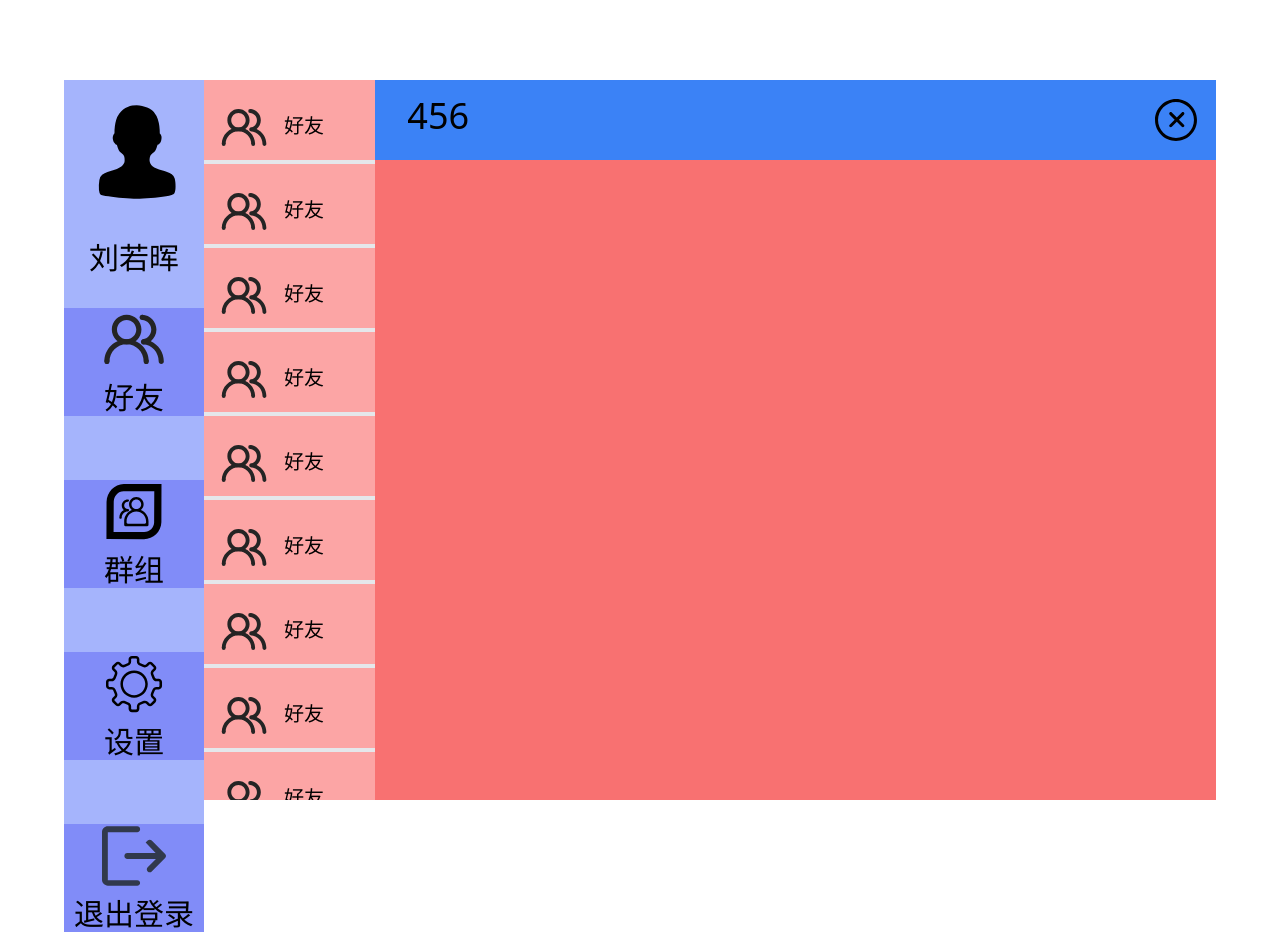
Repository: LiuRuohui/test_the_tailwindcss
Page: /
An editor plug-in stored every save of this project. The page is shown before and after the next save, followed by the edit.
The browser window is 1280 px wide. The pictures show the whole page.
The project was rebuilt for these pictures with package versions that can differ from the ones it lists, and the page was loaded fresh each time. Also part of the build but not shown: vite.config.js, src/components/WelcomingPage.vue, src/components/RegisterPage.vue, src/components/LoginPage.vue, src/components/ForgetPasswd.vue, src/components/HelloWorld.vue, src/components/UpdateInformation.vue, src/components/ShowInformation.vue.

Above is the page before, as saved 2022-03-14 20:50:32.

### src/App.vue
<script setup>
import WelcomingPage from "./components/WelcomingPage.vue"
import RegisterPage from "./components/RegisterPage.vue"
import LoginPage from "./components/LoginPage.vue";
import ForgetPasswd from "./components/ForgetPasswd.vue";
import HelloWorld from "./components/HelloWorld.vue";
import UpdateInformation from "./components/UpdateInformation.vue";
import ShowInformation from "./components/ShowInformation.vue";
import MainPage from "./components/MainPage.vue";
</script>

<template>
<!--<WelcomingPage class="page"></WelcomingPage>
<RegisterPage class="page"></RegisterPage>
<LoginPage class="page"></LoginPage>
<ForgetPasswd class="page"></ForgetPasswd>
<UpdateInformation class="page"></UpdateInformation>
<ShowInformation class="page"></ShowInformation> -->
<MainPage class="page"></MainPage>

</template>

<style>
.page{
    height: 100vh;
    background-color:hsla(190, 100%, 95%, 0.5)
}
</style>

### src/index.css
@tailwind base;
@tailwind components;
.inputFrame {
    @apply appearance-none rounded-none relative block w-full px-3 py-2 border border-gray-300 placeholder-gray-500 text-gray-900
}

.inputFrame:focus {
    @apply outline-none border-indigo-500 z-10 inline-block px-5 py-3 rounded-lg shadow-lg
}

.btn {
    @apply relative flex w-full justify-center py-2 border border-transparent font-medium rounded-md text-white bg-indigo-500
}

.btn:hover {
    @apply bg-indigo-700
}

.btn:focus {
    @apply outline-none ring-2 ring-offset-2 ring-indigo-400
}

@tailwind utilities;
@layer components {
    .card {
        background-color: theme('colors.blue.500');
        border-radius: theme('borderRadius.lg');
        padding: theme('spacing.6');
        box-shadow: theme('boxShadow.xl');
    }
    /* ... */
}

### src/components/MainPage.vue
<template>
<div class="flex flex-row sm:mx-16 sm:my-20 sm:text-xl bg-indigo-300">
    <div class="sm:basis-36 ">
        <div class="grid grid-rows-3 sm:gap-6 gap-3">
            <div class="row-span-2">
                <img src="../assets/用户.svg" alt="" class="mt-2 sm:mt-4 sm:h-28 w-2/3 mx-auto">
            </div>
            <div class="sm:text-3xl text-center m-auto">{{nickname}}</div>
            <div class="grid grid-rows-4 gap-16 bg-indigo-300">
                <div class="bg-indigo-400" @click="gotoFriends">
                    <img src="../assets/好友.svg" alt="好友" class="h-16 m-auto">
                    <p class="sm:text-3xl text-xl text-center mt-2">好友</p>
                </div>
                <div class="bg-indigo-400" @click="gotoGroups">
                    <img src="../assets/群组.svg" alt="群组" class="h-16 m-auto">
                    <p class="sm:text-3xl text-xl text-center mt-2">群组</p>
                </div>
                <div class="bg-indigo-400" @click="settings">
                    <img src="../assets/设置.svg" alt="设置" class="h-16 m-auto">
                    <p class="sm:text-3xl text-xl text-center mt-2">设置</p>
                </div>
                <div class="bg-indigo-400" @click="Logout">
                    <img src="../assets/退出.svg" alt="退出" class="h-16 m-auto">
                    <p class="sm:text-3xl text-xl text-center mt-2">退出登录</p>
                </div>
            </div>
        </div>
    </div>

    <div class="sm:basis-44 bg-red-300 overflow-auto">
        <div v-for="friend in friends.name" class="my-4 sm:text-xl ">
            <img src="../assets/好友.svg" alt="好友" class="h-12 my-2 ml-4 inline-block">
            <span class="sm:text p-4">好友</span>
            <hr class="border-2">
        </div>
    </div>

    <div class="sm:basis-3/4 bg-red-400">
        <div class="bg-blue-500 h-20">
            <div class="sm:text-4xl float-left h-20 mt-4 ml-8">{{friends.name[1]}}</div>
            <div class="inline-block float-right"><img src="../assets/关闭按钮.svg" alt="关闭按钮" class="h-12 mt-4 mr-4"></div>
        </div>
        <div class="">

        </div>
    </div>
</div>
</template>

<script setup>
import {ref,reactive} from "vue"
const nickname = ref('刘若晖')

const friends = reactive({
    name:['123','456','789','','','','','','','','','','','','','','','','',''],
    message:[],
})

const groups = reactive({})

function settings(){
    alert('你点击了设置')
}

function gotoFriends(){
    alert('显示好友列表')
}

function gotoGroups(){
    alert('显示群组列表')
}

function Logout(){
    var choose = confirm('退出登录!')
    if(choose == true){
        alert('退出登录，返回登录界面')
    }else{
        alert('111')
    }
}
</script>

<style>

</style>

### tailwind.config.js
module.exports = {
    content: [
        "./index.html",
        "./src/**/*.{vue,js,ts,jsx,tsx}",
    ],
    theme: {
        extend: {},
    },
    variants: {
        backgroundColor: ['responsive', 'hover', 'focus', 'active']
    },
    plugins: [],
}

Loaded but not shown: index.html (common file); src/main.js (common file)

After the next save:
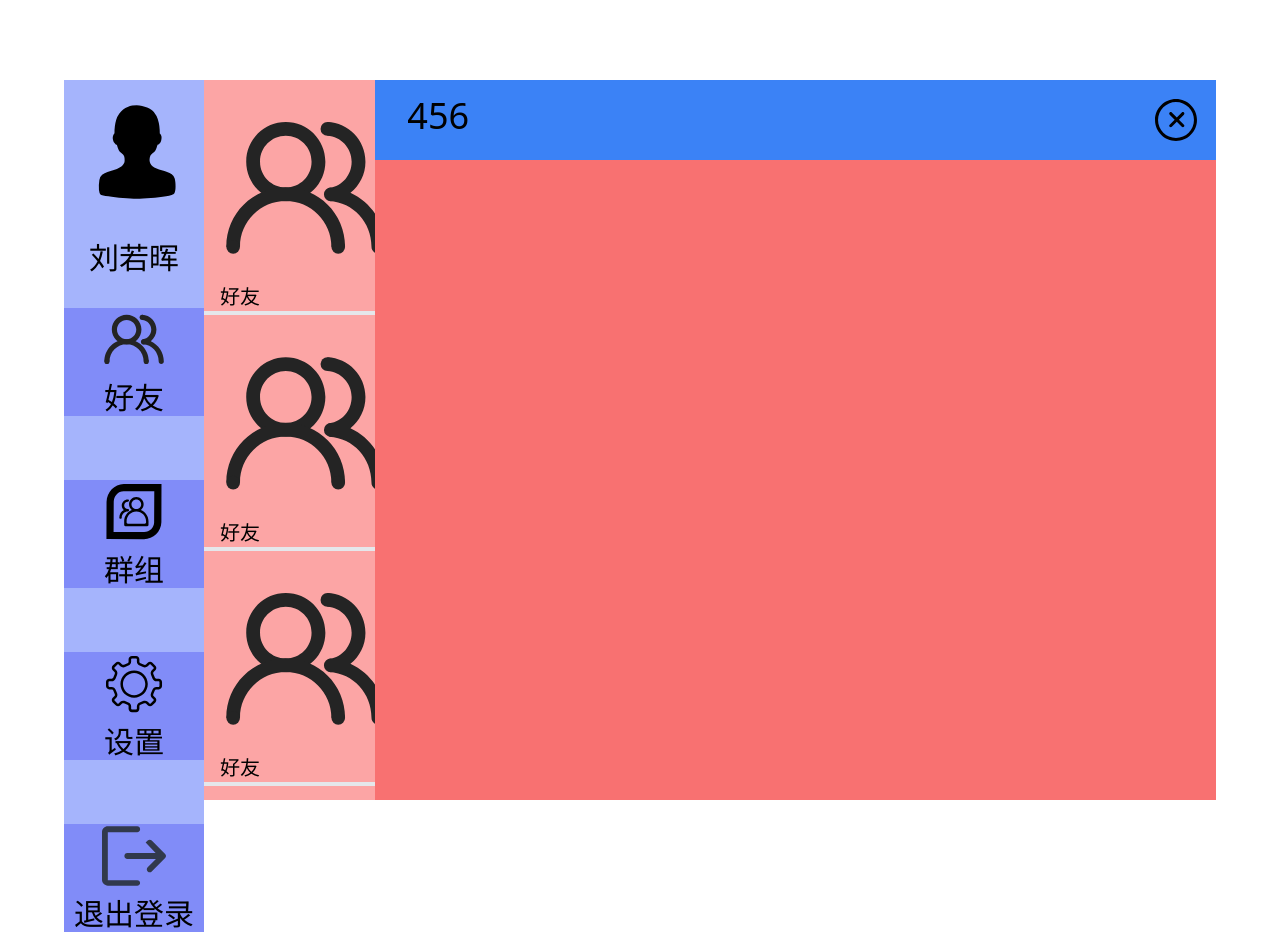
Saved 13 s later.
--- a/src/components/MainPage.vue
+++ b/src/components/MainPage.vue
@@ -29,7 +29,7 @@
 
     <div class="sm:basis-44 bg-red-300 overflow-auto">
         <div v-for="friend in friends.name" class="my-4 sm:text-xl ">
-            <img src="../assets/好友.svg" alt="好友" class="h-12 my-2 ml-4 inline-block">
+            <img src="../assets/好友.svg" alt="好友" class="h-120 my-2 ml-4 inline-block">
             <span class="sm:text p-4">好友</span>
             <hr class="border-2">
         </div>
